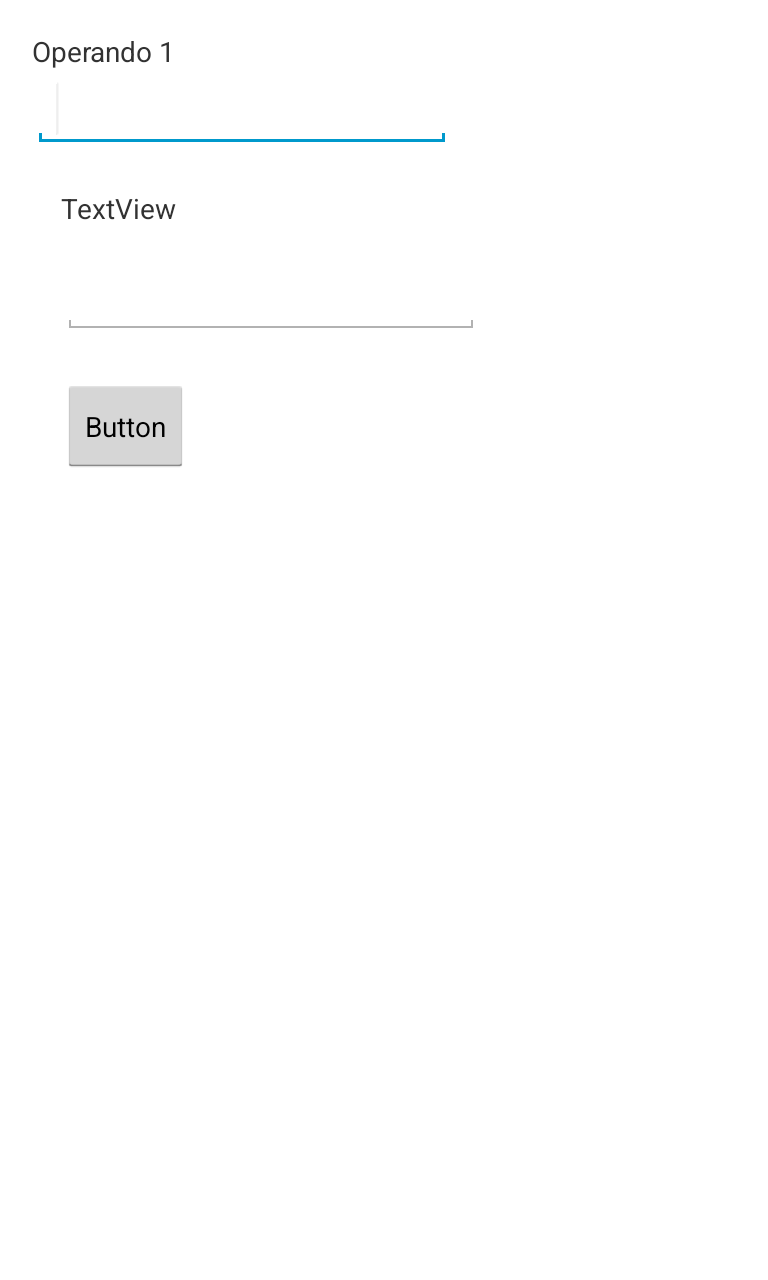
Repository: paullfull21/pmdm
Layout: ResultadoSuma/res/layout/activity_main.xml
An editor plug-in stored every save of this project. The layout is shown before and after the next save, followed by the edit.
It is drawn on a 768 x 1280 px phone screen (xhdpi) without system bars, with theme AppTheme; the app's code is not run.

Above is the layout before, as saved 2013-10-08 15:52:31.

After the next save:
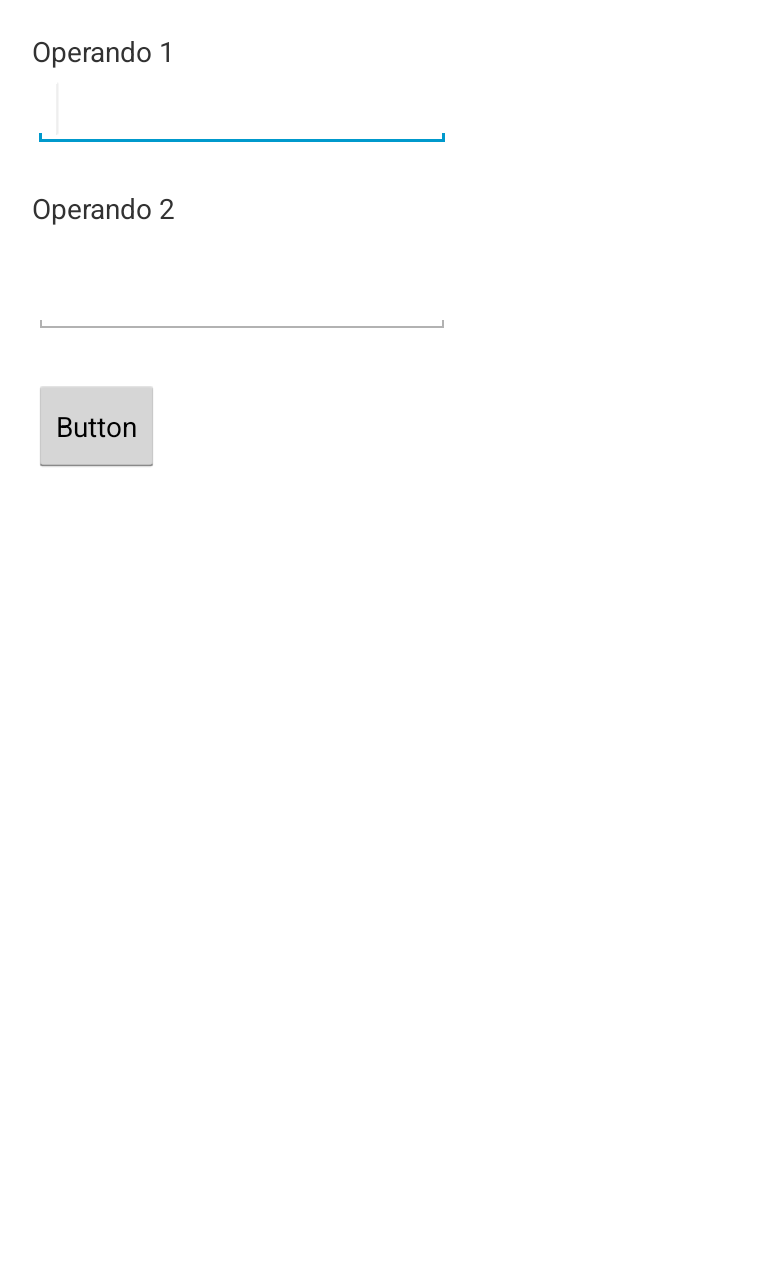
Saved 13 s later.
--- a/ResultadoSuma/res/layout/activity_main.xml
+++ b/ResultadoSuma/res/layout/activity_main.xml
@@ -35,7 +35,7 @@
         android:layout_alignRight="@+id/textView1"
         android:layout_below="@+id/editText1"
         android:layout_marginTop="20dp"
-        android:text="TextView" />
+        android:text="@string/operando_dos" />
 
     <EditText
         android:id="@+id/editText2"
